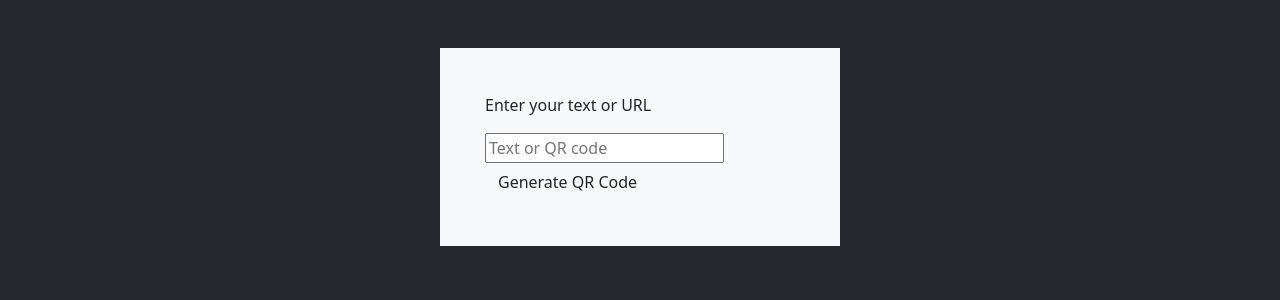
Repository: zeinawady/Qr-Code-Generator-App
Page: index.html
The author's editor kept a copy of each file at every save. The page is drawn from the files as they stood at one save, then again after the next save.
The browser window is 1280 px wide. The pictures show the whole page.

Above is the page before, as saved 2024-10-30 00:28:06.

### index.html
<!DOCTYPE html>
<html lang="en">
<head>
    <meta charset="UTF-8">
    <meta name="viewport" content="width=device-width, initial-scale=1.0">
    <title>Qr code generator</title>
    <link rel="stylesheet" href="css/bootstrap.min.css.map">
    <link rel="stylesheet" href="css/bootstrap.min.css">
    <link rel="stylesheet" href="css/style.css">
</head>
<body>
    <div class="container  d-flex justify-content-center align-items-center bg-light mt-5">
   <div class="qr-container">
<p>Enter your text or URL</p>
<input type="text" placeholder="Text or QR code">
<button class="btn">Generate QR Code</button>
   </div>
</div>

    <script src="js/bootstrap.bundle.min.js"></script>
    <script src="js/bootstrap.bundle.min.js.map"></script>
<script src="js/script.js"></script>
</body>
</html>

### css/style.css
body{
    background-color:#262a2f ;
}
.container{
    max-width: 400px;
   padding: 45px;
}

Loaded but not shown: css/bootstrap.min.css (library); js/bootstrap.bundle.min.js (library); js/script.js (no copy from this time; the picture is the same without it)

After the next save:
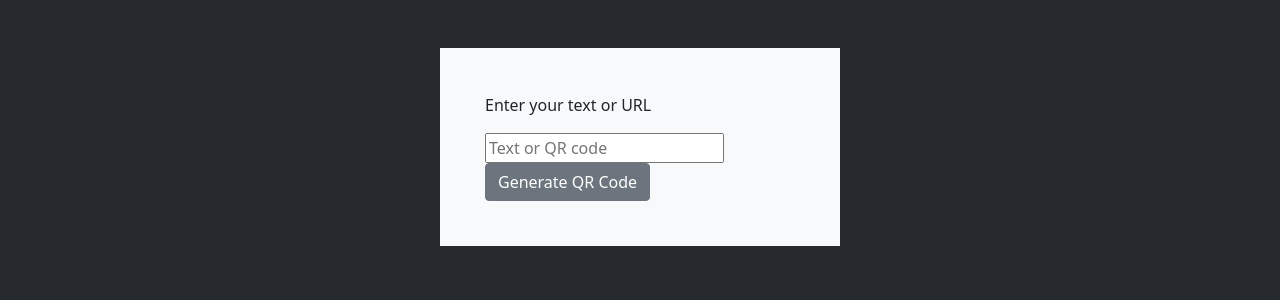
Saved 8 s later.
--- a/index.html
+++ b/index.html
@@ -13,7 +13,7 @@
    <div class="qr-container">
 <p>Enter your text or URL</p>
 <input type="text" placeholder="Text or QR code">
-<button class="btn">Generate QR Code</button>
+<button class="btn btn-secondary">Generate QR Code</button>
    </div>
 </div>
 
